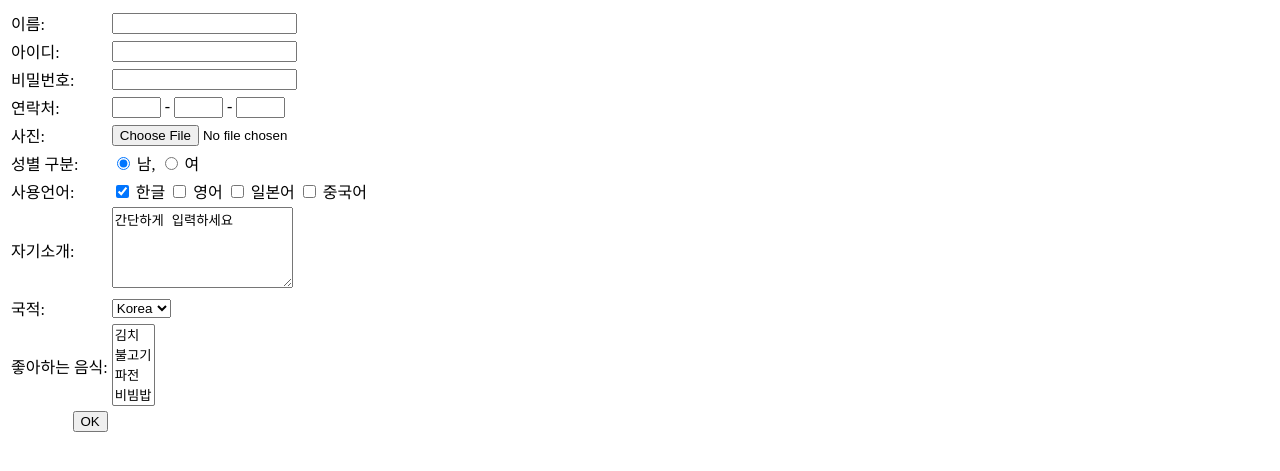
Repository: tjdwlsaos22/TJ_JSP
Page: jsp/HTML/src/main/webapp/Lec06.html
An editor plug-in stored every save of this project. The page is shown before and after the next save, followed by the edit.
The browser window is 1280 px wide. The pictures show the whole page.

Above is the page before, as saved 2024-01-17 05:10:51.

### jsp/HTML/src/main/webapp/Lec06.html
<!DOCTYPE html>
<html>
	<head>
		<meta charset="UTF-8">
		<title>Insert title here</title>
	</head>
	<body>
		<form action="#" method="get">
			<table>
				<tr>
					<td>이름:</td>
					<td><input type="text" name="userName"></td>
				</tr>
				<tr>
					<td>아이디:</td>
					<td><input type="text" name="userId"></td>
				</tr>
				<tr>
					<td>비밀번호:</td>
					<td><input type="password" name="userPassword"></td>
				</tr>
				<tr>
					<td>연락처:</td>
					<td>
						<input type="text" name="phone1" size="3"> -
						<input type="text" name="phone2" size="3"> -
						<input type="text" name="phone3" size="3">
					</td>
				</tr>
				<tr>
					<td>사진:</td>
					<td><input type="file" name="picture"></td>
				</tr>
				<tr>
					<td>성별 구분:</td>
					<td>
						<input type="radio" name="gender" value="man" checked="checked"> 남,
						<input type="radio" name="gender" value="woman"> 여
					</td>
				</tr>
				<tr>
					<td>사용언어:</td>
					<td>
						<input type="checkbox" name="lang" value="kor" checked="checked"> 한글
						<input type="checkbox" name="lang" value="eng"> 영어
						<input type="checkbox" name="lang" value="jpn"> 일본어
						<input type="checkbox" name="lang" value="chn"> 중국어
					</td>
				</tr>
				<tr>
					<td>자기소개:</td>
					<td><textarea rows="5" cols="20" name="introduce">간단하게 입력하세요</textarea></td>
				</tr>
				<tr>
					<td>국적:</td>
					<td>
						<select name="nationally">
							<option>Korea</option>
							<option>USA</option>
							<option>Japan</option>
							<option>China</option>
						</select>
					</td>
				</tr>
				<tr>
					<td>좋아하는 음식:</td>
					<td>
						<select multiple="multiple" name="food">
							<option>김치</option>
							<option>불고기</option>
							<option>파전</option>
							<option>비빔밥</option>
						</select>
					</td>
				</tr>
				<tr>
					<td align="right"><input type="submit" name="order" value="OK"></td>
				</tr>
			</table>
		</form>
	</body>
</html>

After the next save:
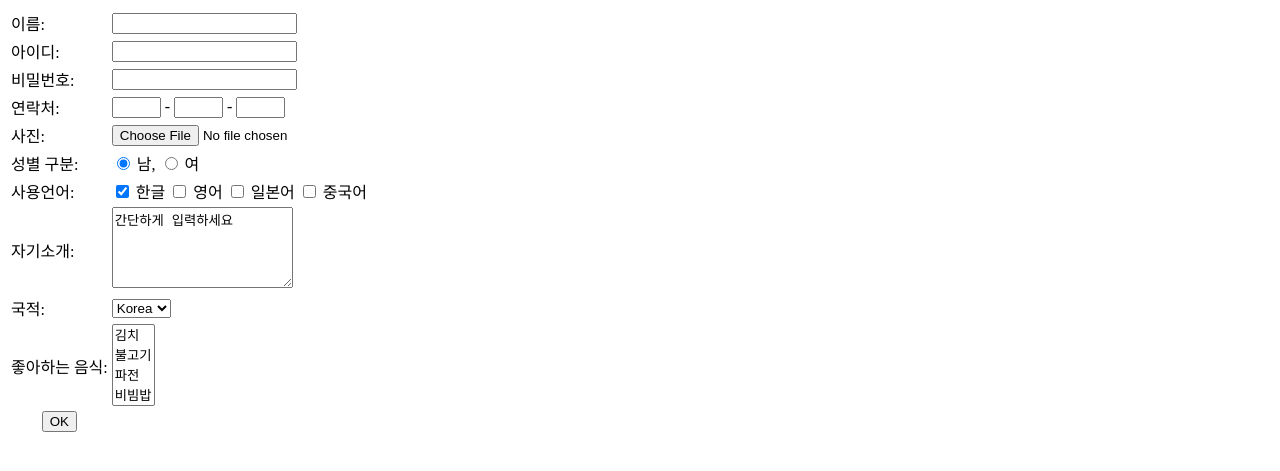
Saved 18 s later.
--- a/jsp/HTML/src/main/webapp/Lec06.html
+++ b/jsp/HTML/src/main/webapp/Lec06.html
@@ -74,7 +74,7 @@
 					</td>
 				</tr>
 				<tr>
-					<td align="right"><input type="submit" name="order" value="OK"></td>
+					<td colspan="1" align="center"><input type="submit" name="order" value="OK"></td>
 				</tr>
 			</table>
 		</form>
